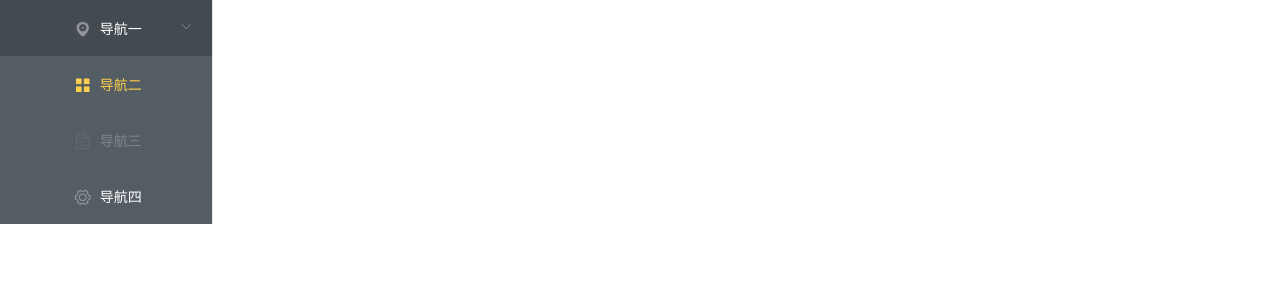
Repository: cjl0805/graduation-design-front
Page: /back/home
These files come from the project's save history. The page is drawn as it stood at one moment and after the next save; the edit follows.
The browser window is 1280 px wide. The pictures show the whole page.
The project was rebuilt for these pictures with package versions that can differ from the ones it lists, and the page was loaded fresh each time. Also part of the build but not shown: vue.config.js, src/components/RotationChart.vue, src/components/NavigationBar.vue, src/components/HairStylist.vue, src/components/HairStyle.vue, src/views/font/HairStyleView.vue, src/views/font/HairStylistView.vue, src/views/font/HomeView.vue and 13 more.

Above is the page before, as saved 2023-04-17 16:25:25.

### src/main.js
import Vue from 'vue'
import App from './App.vue'
import router from './router'
import ElementUI from 'element-ui'
import 'element-ui/lib/theme-chalk/index.css'
import axios from 'axios'
import VueAxios from 'vue-axios'
Vue.use(VueAxios, axios);
axios.interceptors.request.use(
  config => {
    if (localStorage.getItem('token')) {
      config.headers.token = localStorage.getItem('token');
    }
    return config;
  },
  error => {
    return Promise.reject(error);
  }
);

axios.interceptors.response.use(
  res => {
    if (res.data.code === 501) {
      console.log(res.data);
      alert("登录已过期，请重新登录！");
      window.localStorage.removeItem('token');
      window.localStorage.removeItem('username');
      location.reload();
    }
    return res;
  }
);

Vue.config.productionTip = false
Vue.use(ElementUI)
new Vue({
  router,
  render: h => h(App)
}).$mount('#app')

### src/router/index.js
import Vue from 'vue'
import VueRouter from 'vue-router'
import HairStyleView from '../views/font/HairStyleView.vue'
import HairStylistView from '../views/font/HairStylistView.vue'
import HomeView from '../views/font/HomeView.vue'
import login from '../views/font/login.vue'
import register from '../views/font/register.vue'
import PersonalInfo from '../views/font/PersonalInfo.vue'
import appointment from '../views/font/AppointmentView.vue'
import pay from '../views/font/PayView.vue'
import MainView from '../views/back/MainView.vue'

Vue.use(VueRouter)

const routes = [{
    path: '/',
    name: 'home',
    component: HomeView
  },
  {
    path: '/hairstyle',
    name: 'hairstyle',
    component: HairStyleView
  },
  {
    path: '/hairstylist',
    name: 'hairstylist',
    component: HairStylistView
  },
  {
    path: '/about',
    name: 'about',
    // route level code-splitting
    // this generates a separate chunk (about.[hash].js) for this route
    // which is lazy-loaded when the route is visited.
    component: () => import( /* webpackChunkName: "about" */ '../views/AboutView.vue')
  },
  {
    path: '/login',
    name: 'login',
    component: login
  },
  {
    path: '/register',
    name: 'register',
    component: register
  },
  {
    path: '/PersonalInfo',
    name: 'PersonalInfo',
    component: PersonalInfo,
  },
  {
    path: '/appointment',
    name: 'appointment',
    component: appointment
  },
  {
    path: '/pay',
    name: 'pay',
    component: pay
  },
  {
    path: '/back/home',
    name: 'MainView',
    component: MainView
  },
]

const router = new VueRouter({
  mode: 'history',
  base: process.env.BASE_URL,
  routes
})

// 导航守卫
// 使用 router.beforeEach 注册一个全局前置守卫，判断用户是否登陆
router.beforeEach((to, from, next) => {
  if (to.path === '/PersonalInfo' || to.path === '/appointment' || to.path === '/MessageCenter' || to.path === '/pay') {
    let token = localStorage.getItem('token');
    if (token === null || token === '') {
      next('/login');
    } else {
      next();
    }
  } else {
    next();
  }
});

export default router

### src/views/back/MainView.vue
<template>
  <el-col :span="4">
    <el-menu
      default-active="2"
      class="el-menu-vertical-demo"
      @open="handleOpen"
      @close="handleClose"
      background-color="#545c64"
      text-color="#fff"
      active-text-color="#ffd04b"
    >
      <el-submenu index="1">
        <template slot="title">
          <i class="el-icon-location"></i>
          <span>导航一</span>
        </template>
        <el-menu-item-group>
          <template slot="title">分组一</template>
          <el-menu-item index="1-1">选项1</el-menu-item>
          <el-menu-item index="1-2">选项2</el-menu-item>
        </el-menu-item-group>
        <el-menu-item-group title="分组2">
          <el-menu-item index="1-3">选项3</el-menu-item>
        </el-menu-item-group>
        <el-submenu index="1-4">
          <template slot="title">选项4</template>
          <el-menu-item index="1-4-1">选项1</el-menu-item>
        </el-submenu>
      </el-submenu>
      <el-menu-item index="2">
        <i class="el-icon-menu"></i>
        <span slot="title">导航二</span>
      </el-menu-item>
      <el-menu-item index="3" disabled>
        <i class="el-icon-document"></i>
        <span slot="title">导航三</span>
      </el-menu-item>
      <el-menu-item index="4">
        <i class="el-icon-setting"></i>
        <span slot="title">导航四</span>
      </el-menu-item>
    </el-menu>
  </el-col>
</template>

<script>
export default {
  methods: {
    handleOpen(key, keyPath) {
      console.log(key, keyPath);
    },
    handleClose(key, keyPath) {
      console.log(key, keyPath);
    },
  },
};
</script>

<style></style>

Loaded but not shown: public/index.html (common file); src/App.vue (common file)

After the next save:
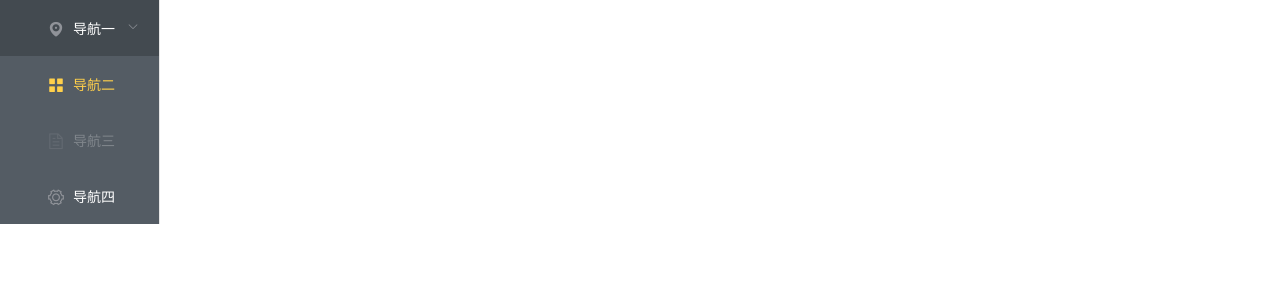
Saved 21 s later.
--- a/src/views/back/MainView.vue
+++ b/src/views/back/MainView.vue
@@ -1,5 +1,5 @@
 <template>
-  <el-col :span="4">
+  <el-col :span="3">
     <el-menu
       default-active="2"
       class="el-menu-vertical-demo"
